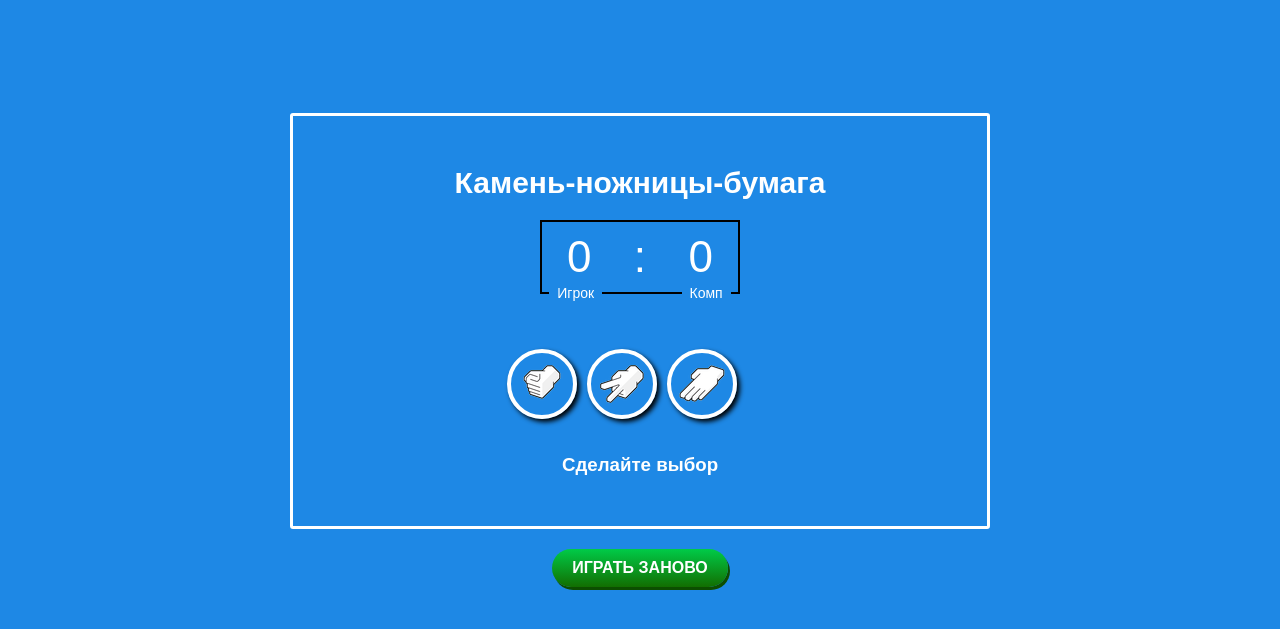
Repository: yevheniir/python_course_2020
Page: l5/Rock-Scissors-Paper(исходники)/index.html
The author's editor kept a copy of each file at every save. The page is drawn from the files as they stood at one save, then again after a run of saves.
The browser window is 1280 px wide. The pictures show the whole page.

Above is the page before, as saved 2020-07-05 16:12:42.

### l5/Rock-Scissors-Paper(исходники)/index.html
<!DOCTYPE html>
<html lang="ru">
<head>
	<meta charset="UTF-8">
	<meta name="viewport" content="width=device-width">
	<title>Камень-ножницы-бумага</title>
	<link rel="stylesheet" href="css/style.css">

	<link rel="apple-touch-icon" sizes="180x180" href="fav/apple-touch-icon.png">
	<link rel="icon" type="image/png" sizes="32x32" href="fav/favicon-32x32.png">
	<link rel="icon" type="image/png" sizes="16x16" href="fav/favicon-16x16.png">
	<link rel="manifest" href="fav/site.webmanifest">
	<link rel="mask-icon" href="fav/safari-pinned-tab.svg" color="#5bbad5">
	<meta name="msapplication-TileColor" content="#da532c">
	<meta name="theme-color" content="#ffffff">

</head>
<body>
	<div class="game">
		<h1>Камень-ножницы-бумага</h1>
		<div class="counter-block">
			<div class="count count-user">0</div>
			<span>:</span>
			<div class="count count-comp">0</div>
		</div>
		<div class="figure-container">
			<div class="user-field">
				<button class="field rock" data-field="r"></button>
				<button class="field scissors" data-field="s"></button>
				<button class="field paper" data-field="p"></button>
			</div>
		</div>
		<h3 class="result">Сделайте выбор</h3>
	</div>
	<div class="buttons">
		<button class="play">Играть заново</button>
	</div>

	<audio src="#" class="sound"></audio>
	<script src="js/app.js"></script>
</body>
</html>

### l5/Rock-Scissors-Paper(исходники)/css/style.css
*,
*::before,
*::after {
	box-sizing: border-box;
	margin: 0;
	padding: 0;
}
body {
	background: #1E88E5;
	display: flex;
	flex-direction: column;
	align-items: center;
	justify-content: center;
	height: 100vh;
	color:#fff;
	font-size: 16px;
	font-family: sans-serif;
}
.game {
	border:3px solid #fff;
	width: 100%;
	max-width: 700px;
	padding:50px;
	border-radius: 3px;
}
.game h1 {
	font-size: 30px;
	text-align: center;
}
.counter-block {
	width: 200px;
	border:2px solid #000;
	margin:20px auto;
	padding: 10px;
	display: flex;
	justify-content: space-around;
	font-size: 44px;
}
.counter-block span {
	margin:0 25px;
}
.count {
	position: relative;
	width: 50px;
	text-align: center;
}
.count::before {
	content:"";
	display: block;
	padding:3px 8px;
	background: #1E88E5;
	color: #fff;
	font-size: 14px;
	position: absolute;
	top:50px;
}
.count-user::before {
	content:"Игрок";
	left:-5px;
}
.count-comp::before {
	content:"Комп";
	right:-5px;
}
.figure-container {
	display: flex;
	justify-content: space-between;
	align-items: center;
	padding:30px 20px;
	flex-direction: row;     /* make main axis horizontal (default setting) */
    justify-content: center; /* center items horizontally, in this case */
    align-items: center;     /* center items vertically, in this case */
}
.user-field,
.comp-field {
	width: 50%;
	display: flex;
}
.field {
	width: 70px;
	height: 70px;
	border-radius: 50%;
	border:4px solid #fff;
	cursor: pointer;
	margin:5px;
	transition:.2s;
	overflow: hidden;
	box-shadow: 3px 3px 5px #000;
	outline: none;
}
.result {
	text-align: center;
}
.field.active {
	background-color: green;
}
.field.error {
	background-color: red;
}
.comp-field {
	justify-content: flex-end;
}
.rock {
	background: url(../img/rock.png) center no-repeat;
}
.scissors {
	background: url(../img/scissors.png) center no-repeat;
}
.paper {
	background: url(../img/paper.png) center no-repeat;
}
.comp-field.blink .rock {
	animation: blink 0.3s linear infinite;
}
.comp-field.blink .scissors {
	animation: blink 0.3s 0.1s linear infinite;
}
.comp-field.blink .paper {
	animation: blink 0.3s 0.2s linear infinite;
}
.comp-field.blink {
	animation-play-state: paused;
}
@keyframes blink {
	100% {background-color: green;}
}
.buttons {
	padding:20px 15px;
	text-align: center;
}
.buttons button {
	margin:0 8px;
	cursor:pointer;
	border:none;
	border-radius:30px;
	color:#fff;
	text-transform: uppercase;
	padding:10px 20px;
	font-weight: bold;
	font-size: 16px;
	box-shadow: 2px 3px 0 #0c4e00;
	transition:.2s;
	outline: none;
}
.buttons button:hover,
.buttons button:active {
	transform:translate(1px,1px);
	box-shadow: 1px 1px 0 #0c4e00;
}
.play {
	background: linear-gradient(180deg, #00cb48, #126e01);
}


@media(max-width:700px) {
	.game {
		padding: 10px;
	}
	.figure-container {
		flex-direction: column;
	}
	.user-field,
	.comp-field {
		width: 100%;
		flex-wrap: wrap;
		justify-content: center;
		align-items: center;
	}
	.user-field {
		margin-bottom: 20px;
	}
	.user-field::before {
		content:"Игрок:";
		display: block;
		width: 100%;
		font-size: 20px;
		text-align: center;
	}
	.comp-field::before {
		content:"Компьютер:";
		display: block;
		width: 100%;
		font-size: 20px;
		text-align: center;
	}
	.game h1 {
		font-size: 20px;
	}
}

Loaded but not shown: l5/Rock-Scissors-Paper(исходники)/js/app.js (no copy from this time; the picture is the same without it)

After the next 4 saves:
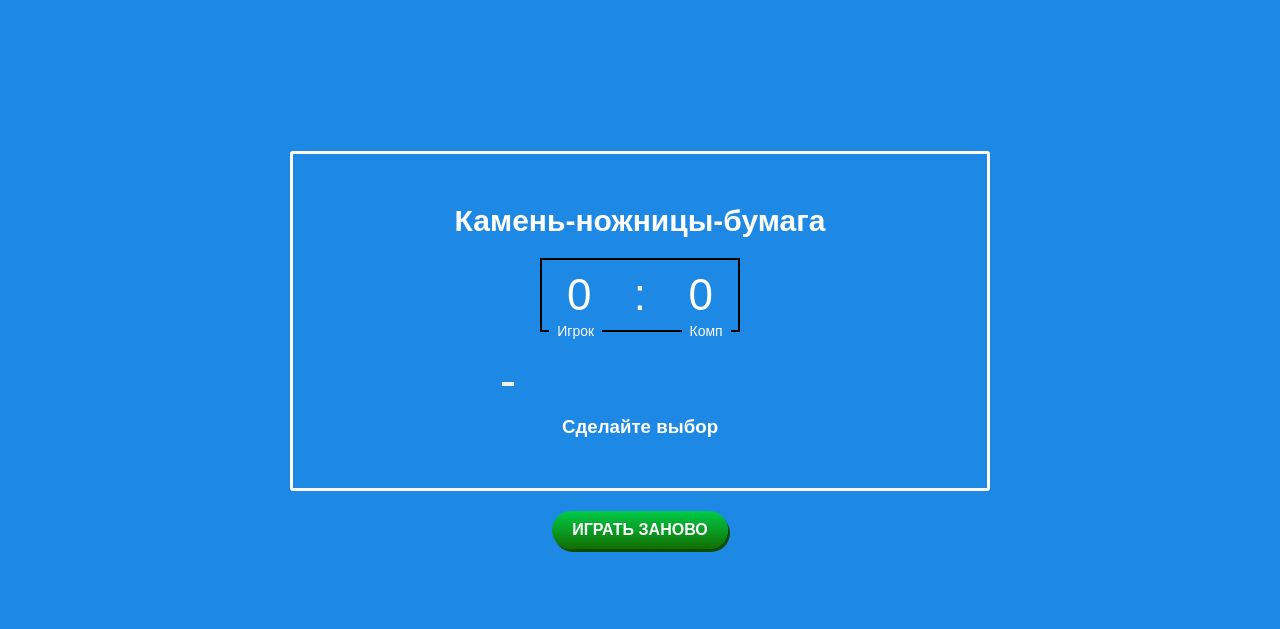
Console error (its wording comes from the project's code and is left out).
The 4 saves are shown as one change because they came seconds apart.
The last was saved 52 s later.
--- a/l5/Rock-Scissors-Paper(исходники)/index.html
+++ b/l5/Rock-Scissors-Paper(исходники)/index.html
@@ -25,9 +25,9 @@
 		</div>
 		<div class="figure-container">
 			<div class="user-field">
-				<button class="field rock" data-field="r"></button>
-				<button class="field scissors" data-field="s"></button>
-				<button class="field paper" data-field="p"></button>
+				<button onclick="showDetails(this) class="field rock" data-field="r"></button>
+				<button onclick="showDetails(this) class="field scissors" data-field="s"></button>
+				<button onclick="showDetails(this) class="field paper" data-field="p"></button>
 			</div>
 		</div>
 		<h3 class="result">Сделайте выбор</h3>
